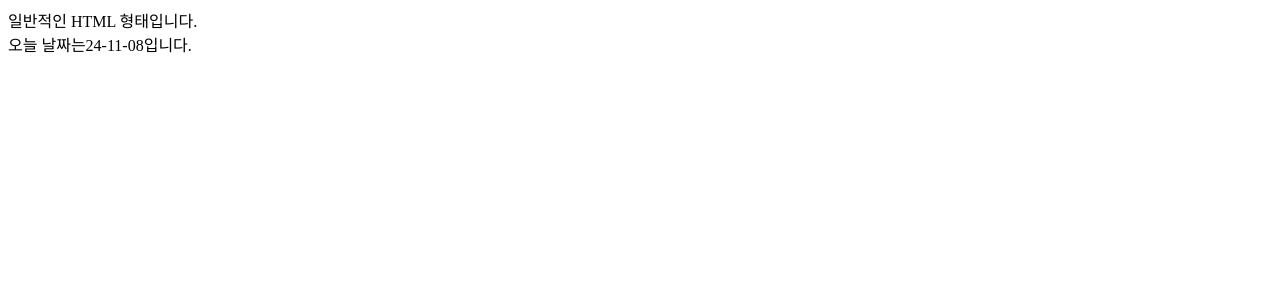
Repository: suji3kr/JSP_data
Page: http://localhost/studyJSP/date_exam.jsp
An editor plug-in stored every save of this project. The page is shown before and after the next save, followed by the edit.
The browser window is 1280 px wide. The pictures show the whole page.
The page is served by Tomcat 10.

Above is the page before, as saved 2024-11-11 06:25:40.

After the next save:
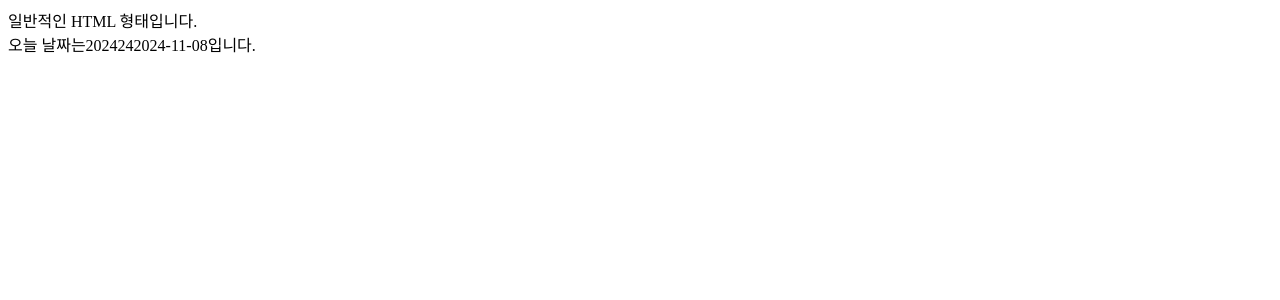
Saved 10 s later.
--- a/studyJSP/src/main/webapp/date_exam.jsp
+++ b/studyJSP/src/main/webapp/date_exam.jsp
@@ -12,7 +12,7 @@
 
 	<%
 		Date date = new Date();
-		SimpleDateFormat simpleDate = new SimpleDateFormat("yy-MM-dd");
+		SimpleDateFormat simpleDate = new SimpleDateFormat("yYYy-MM-dd");
 		String strdate = simpleDate.format(date);
 	%>
 	일반적인 HTML 형태입니다.<br>
